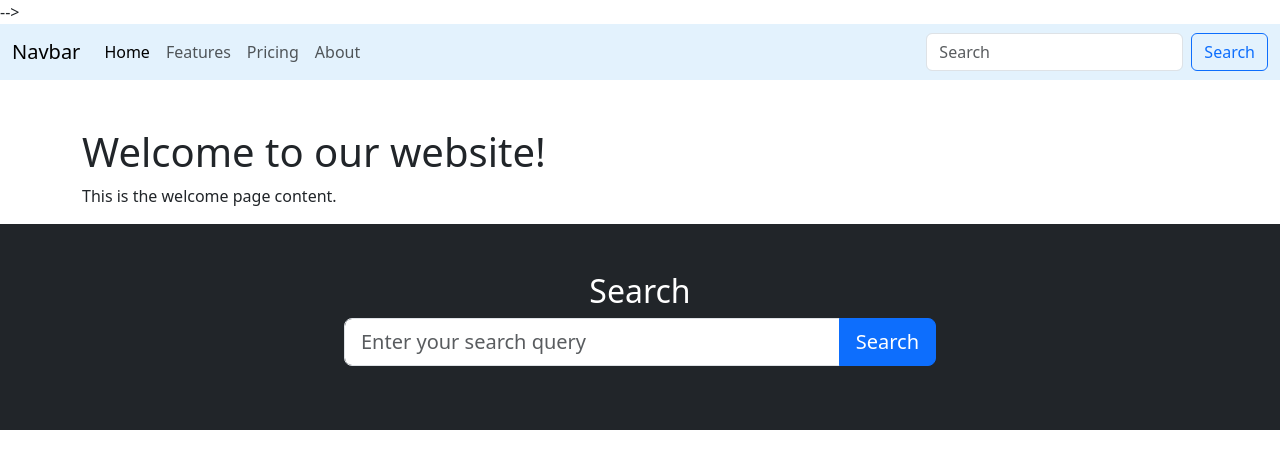
Repository: gyfffffff/meishimeike_test
Page: meishimeike/hello.html
An editor plug-in stored every save of this project. The page is shown before and after a run of saves, followed by the edit.
The browser window is 1280 px wide. The pictures show the whole page.

Above is the page before, as saved 2023-07-13 10:51:39.

### meishimeike/hello.html
<!DOCTYPE html>
<html lang="en">

<head>
    <meta charset="UTF-8">
    <meta name="viewport" content="width=device-width, initial-scale=1.0">
    <link rel="stylesheet" href="https://cdn.jsdelivr.net/npm/bootstrap@5.3.0/dist/css/bootstrap.min.css">
    <style>
        /* .navbar {
            margin-right: 200px;
            /* 调整导航栏与其他内容的间距 */
        } */

        .navbar-nav li {
            margin-right: 100px;
            /* 调整右侧间距 */
        }
    </style> -->

    <title>美食每刻</title>
</head>

<body>
<nav class="navbar navbar-expand-lg" style="background-color: #e3f2fd;" data-bs-theme="light">
    <div class="container-fluid">
        <a class="navbar-brand" href="#">Navbar</a>
        <button class="navbar-toggler collapsed" type="button" data-bs-toggle="collapse" data-bs-target="#navbarColor03"
            aria-controls="navbarColor03" aria-expanded="false" aria-label="Toggle navigation">
            <span class="navbar-toggler-icon"></span>
        </button>
        <div class="navbar-collapse collapse" id="navbarColor03" style="">
            <ul class="navbar-nav me-auto mb-2 mb-lg-0">
                <li class="nav-item">
                    <a class="nav-link active" aria-current="page" href="#">Home</a>
                </li>
                <li class="nav-item">
                    <a class="nav-link" href="#">Features</a>
                </li>
                <li class="nav-item">
                    <a class="nav-link" href="#">Pricing</a>
                </li>
                <li class="nav-item">
                    <a class="nav-link" href="#">About</a>
                </li>
            </ul>
            <form class="d-flex" role="search">
                <input class="form-control me-2" type="search" placeholder="Search" aria-label="Search">
                <button class="btn btn-outline-primary" type="submit">Search</button>
            </form>
        </div>
    </div>
</nav>

    <div class="container mt-5">
        <h1>Welcome to our website!</h1>
        <p>This is the welcome page content.</p>
    </div>

    <div class="container-fluid bg-dark text-center p-5">
        <h2 class="text-white">Search</h2>
        <div class="input-group mb-3 w-50 mx-auto">
            <input type="text" class="form-control form-control-lg" placeholder="Enter your search query">
            <button class="btn btn-primary btn-lg" type="button">Search</button>
        </div>
    </div>

    <script src="https://cdn.jsdelivr.net/npm/bootstrap@5.3.0/dist/js/bootstrap.bundle.min.js"></script>
</body>

</html>

After the next 3 saves:
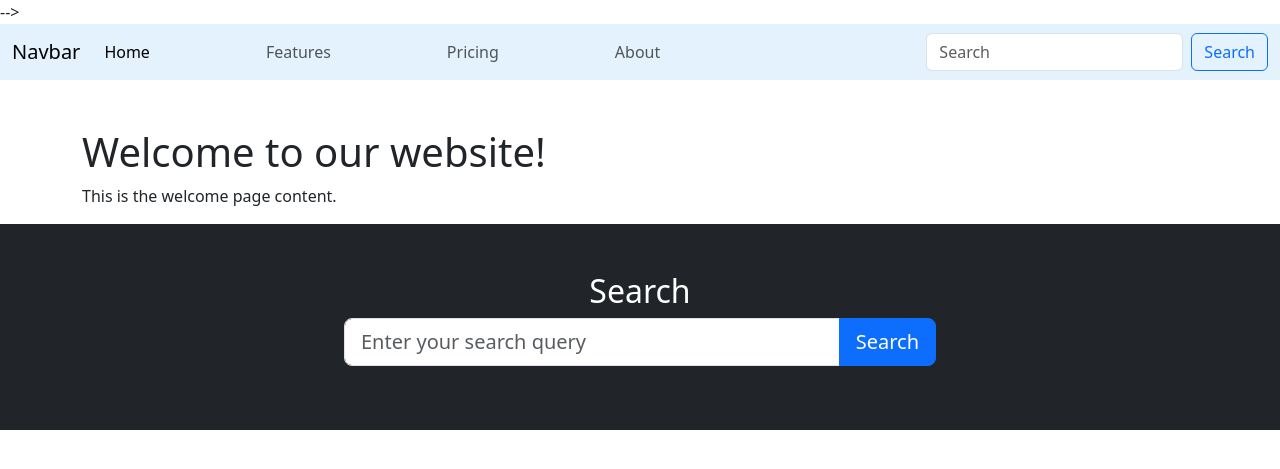
The 3 saves are shown as one change because they came seconds apart.
The last was saved 9 s later.
--- a/meishimeike/hello.html
+++ b/meishimeike/hello.html
@@ -6,11 +6,6 @@
     <meta name="viewport" content="width=device-width, initial-scale=1.0">
     <link rel="stylesheet" href="https://cdn.jsdelivr.net/npm/bootstrap@5.3.0/dist/css/bootstrap.min.css">
     <style>
-        /* .navbar {
-            margin-right: 200px;
-            /* 调整导航栏与其他内容的间距 */
-        } */
-
         .navbar-nav li {
             margin-right: 100px;
             /* 调整右侧间距 */
